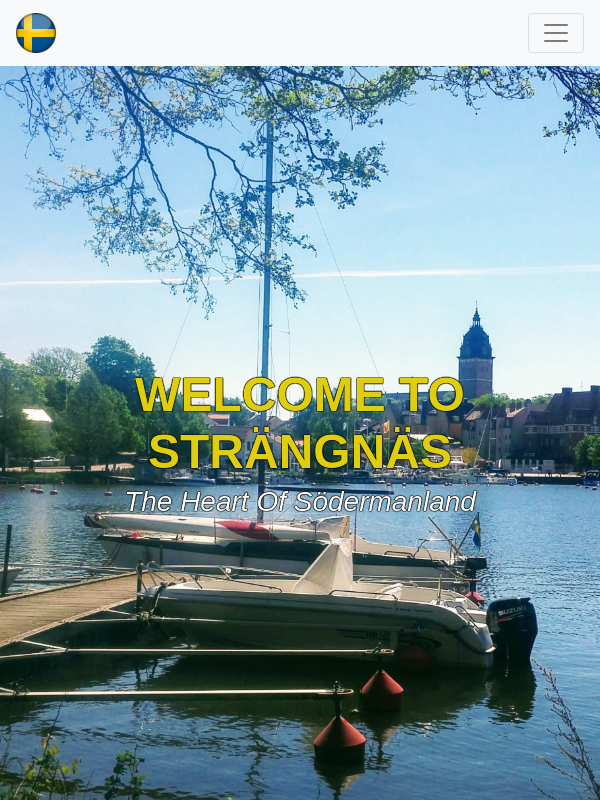
Repository: kososwede/first-project
Page: index.html
The author's editor kept a record of every edit. The page is drawn from the files as they stood at one moment, then again after the next edit.
The browser window is 600 px wide. The pictures show the whole page.
An inner scrolling area shows only its first screen. Some web fonts or font styles are not loaded; a fallback is used. Some web libraries are served in a nearby version.

Above is the page before.

### index.html
<!DOCTYPE html>
<html lang="en">
<head>
  <meta charset="UTF-8">
  <meta name="viewport" content="width=device-width, initial-scale=1.0">
  <meta http-equiv="X-UA-Compatible" content="ie=edge">
  <link rel="stylesheet" href="https://stackpath.bootstrapcdn.com/bootstrap/4.3.1/css/bootstrap.min.css" integrity="sha384-ggOyR0iXCbMQv3Xipma34MD+dH/1fQ784/j6cY/iJTQUOhcWr7x9JvoRxT2MZw1T" crossorigin="anonymous">
  <link rel="stylesheet" href="https://stackpath.bootstrapcdn.com/font-awesome/4.7.0/css/font-awesome.min.css" type="text/css" />
  <link rel="stylesheet" href="https://cdnjs.cloudflare.com/ajax/libs/ionicons/2.0.1/css/ionicons.min.css">
  <link rel="stylesheet" href="https://cdnjs.cloudflare.com/ajax/libs/hover.css/2.3.1/css/hover-min.css" integrity="sha256-c+C87jupO1otD1I5uyxV68WmSLCqtIoNlcHLXtzLCT0=" crossorigin="anonymous" />
  <link rel="stylesheet" href="assets/css/style.css" type="text/css" />

  <title>Welcome To Strängnäs</title>

</head>

<body>



  <!--nav--->

  <nav class="navbar navbar-expand-lg navbar-light bg-light">
  <a class="navbar-brand" href="index.html"><img class="image-size" src="assets/images/sweden-flag-png-1.png"></img></a>
  <button class="navbar-toggler" type="button" data-toggle="collapse" data-target="#navbarNavAltMarkup" aria-controls="navbarNavAltMarkup" aria-expanded="false" aria-label="Toggle navigation">
    <span class="navbar-toggler-icon"></span>
  </button>
  <div class="collapse navbar-collapse" id="navbarNavAltMarkup">
    <div class="navbar-nav">
      <a class="nav-item nav-link text-primary" href="index.html">HOME<span class="sr-only">(current)</span></a>
      <a class="nav-item nav-link text-primary" href="history.html">HISTORY</a>
      <a class="nav-item nav-link text-primary" href="places.html">THINGS TO DO</a>
      <a class="nav-item nav-link text-primary" href="images+videos.html">IMAGES & VIDEOS</a>
      <a class="nav-item nav-link text-primary" href="map.html">MAP</a>
    </div>
  </div>
</nav>

<!--main-->

<header class="masthead d-flex">
    <div class="container text-center my-auto">
      <h1 class="heading mb-1">WELCOME TO STRÄNGNÄS</h1>
      <h3 class="sub-heading mb-5">
        <em>The Heart Of Södermanland</em>
      </h3>
</div>
</header>

<!--footer-->

<div class="footer-basic">
    <footer>
      <div class="social"><a href="#"><i class="icon ion-social-instagram"></i></a><a href="#"><i class="icon ion-social-snapchat"></i></a><a href="#"><i class="icon ion-social-twitter"></i></a><a href="#"><i class="icon ion-social-facebook"></i></a></div>
      <h2>For more information about Strängnäs and the surrounding area search for "Södermanland" in the social media links above or enter your Email below to receive up to date offers and discounts on activities and restaurants in the whole of Södermanland.</h3>
        <form class="form-inline justify-content-center">
          <div class="form-group">
            <input type="email" class="form-control" id="email" aria-describedby="emailHelp" placeholder="Enter email">
            <button type="submit" class="btn btn-primary">Submit</button>
          </div>
        </form>

    </footer>
    <p class="copyright">Chris McIlgrew © 2019</p>

  </div>






    <script src="https://cdnjs.cloudflare.com/ajax/libs/jquery/3.2.1/jquery.min.js"></script>
    <script src="https://cdnjs.cloudflare.com/ajax/libs/twitter-bootstrap/4.1.3/js/bootstrap.bundle.min.js"></script>
</body>






</body>
</html>

### assets/css/style.css
@import url('https://fonts.googleapis.com/css?family=Sniglet&display=swap');
@import url('https://fonts.googleapis.com/css?family=Courgette&display=swap');
@import url('https://fonts.googleapis.com/css?family=DM+Serif+Display&display=swap');
body,
html {
    width: 100%;
    height: 100%;
    overflow-x: hidden;
    background-color:#f8f9fa;

}

body {
    font-family: 'Source Sans Pro';
   }


 /*-------------------------------------navbar--------------------*/
 navbar {
     margin-right: 10px;
 }


.image-size {
    height: 40px;
}

/*------------------------------------landing page------------*/

.masthead {
    min-height: 30rem;
    position: relative;
    display: table;
    width: 100%;
    height: 100%;
    padding-top: 0rem;
    padding-bottom: 0rem;
    background: -webkit-gradient(linear, left top, right top, from(rgba(255, 255, 255, 0.1)), to(rgba(255, 255, 255, 0.1))), url("../images/viewofstrangnas1.jpg");
    background: linear-gradient(90deg, rgba(255, 255, 255, 0.1) 0%, rgba(255, 255, 255, 0.1) 100%), url("../images/viewofstrangnas1.jpg");
    background-image: url(../images/viewofstrangnas1.jpg);
    background-position: center center;
    background-repeat: no-repeat;
    background-size: cover;

}

h1 {
    font-weight: bolder;
    color: #dece0e;
    text-shadow: #000 0px 0px 1px, #000 0px 0px 1px, #000 0px 0px 1px,
    #000 0px 0px 1px, #000 0px 0px 1px, #000 0px 0px 1px;
    font-size: 3rem;

}

h3 {
    color: #fff;
    text-shadow: #000 0px 0px 1px, #000 0px 0px 1px, #000 0px 0px 1px,
    #000 0px 0px 1px, #000 0px 0px 1px, #000 0px 0px 1px;
}

#container {
    padding: 10px;
    margin-left: 0px;
    margin-right: 0px;
    display: inline-block;
    text-align: center;
    width: 100%;

}
p {
    font-weight: bold;
    padding-top: 20px;
    padding-left: 25px;
    padding-right: 25px;
}

hr {
    width: 50%;
}

/*-------------------------------------history*/

.history {
    color: #f8f9fa;
    background-color: #56b3fc;
    text-align: center;
    margin-top: 50px;
}

.history-sub-head1 {
   font-family: 'DM Serif Display', serif;
    padding-left: 10px;
    padding-top: 20px;
    font-size: 35px;
    color: #56b3fc ;
     text-shadow: -1px 0 black, 0 1px black, 1px 0 black, 0 -1px black;
}








/*-------------------------------------places-------------------------*/

.to-do {
    color: #f8f9fa;
    background-color: #56b3fc;
    text-align: center;
    margin-top: 50px;

}

.to-do-sub-head1 {
    font-family: 'DM Serif Display', serif;
    padding-left: 10px;
    padding-top: 20px;
    font-size: 35px;
    color: #56b3fc ;
     text-shadow: -1px 0 black, 0 1px black, 1px 0 black, 0 -1px black;
}



.img-fluid {
    width: 100%;
    height: auto;
}



.col-md-6 {
    padding-top: 20px;
    padding-right: 15px;
    text-align: center;


}




/*-------------------------------------images videos-------------------------*/


/* Style the button and place it in the middle of the container/image */


img .btn {
  position: absolute;
  top: 50%;
  left: 50%;
  transform: translate(-50%, -50%);
  -ms-transform: translate(-50%, -50%);
  background-color: #D5D0CD;
  color: #f8f9fa;
  font-size: 16px;
  padding: 12px 24px;
  border: none;
  cursor: pointer;
  border-radius: 5px;
}

/* Container needed to position the button. Adjust the width as needed */
.container {
  position: relative;
  width: 100%;
   text-align: center;
}
div .container {
   padding-right: 0px;
    padding-left: 0px;
    margin: 0px;
    text-decoration: none;
     background-color: #f8f9fa;
}

/* Make the image responsive */
.container img {
  width: 100%;
  height: auto;
  background-color: #f8f9fa;

}

/* Style the button and place it in the middle of the container/image */
.container .btn {
  position: absolute;
  top: 50%;
  left: 50%;
  transform: translate(-50%, -50%);
  -ms-transform: translate(-50%, -50%);
  background-color: #F9F3F0;
  color: white;
  font-size: 16px;
  padding: 12px 24px;
  border: none;
  cursor: pointer;
  border-radius: 5px;
  transition: ease-in-out;
  transition-duration: 0.5s;
  font-weight: 500;
}

.container .btn:hover {
  background-color: #D5D0CD;


}
.imagesvideos {
    color: #f8f9fa;
    background-color: #56b3fc;
    text-align: center;
    margin-top: 50px;
    }

.col-sm-12 .col-md-6 {
    margin: 5px;
    padding: 20px 15px 0;

}

.col-sm-6 {

    padding-top: 20px;
    padding-right: 15px;
    text-align: center;
}


.embed-responsive-item {
    padding: 20px 15px 0;
}



/*----------------------------------------map-------------------------------*/

.map-container-4{
overflow:hidden;
padding-bottom:56.25%;
position:relative;
height:0;
}
.map-container-4 iframe{
left:0;
top:0;
height:100%;
width:100%;
position:absolute;
}

/*-----------------------------------------footer--*/

.footer-basic {
    padding: 0px 0;
    background-color: #f8f9fa;
    color: #4b4c4d;
}

.footer-basic ul {
    padding-left: 50px;
    padding-right: 50px;
    list-style: none;
    text-align: center;
    font-size: 18px;
    line-height: 1.6;
    margin-bottom: 0;
}

.footer-basic li {
    padding: 0 10px;
}

.footer-basic ul a {
    color: inherit;
    text-decoration: none;
    opacity: 0.8;
}

.footer-basic ul a:hover {
    opacity: 1;
}

.footer-basic .social {
    text-align: center;
    padding-bottom: 25px;
    padding-top: 25px;
}

.footer-basic .social>a {
    font-size: 24px;
    width: 40px;
    height: 40px;
    line-height: 40px;
    display: inline-block;
    text-align: center;
    border-radius: 50%;
    border: 1px solid #ccc;
    margin: 0 8px;
    color: inherit;
    opacity: 0.75;

}

.footer-basic .social>a:hover {
    opacity: 0.9;
}

.footer-basic .copyright {
    margin-top: 15px;
    text-align: center;
    font-size: 13px;
    color: #aaa;
    margin-bottom: 0;
    padding-bottom: 15px;
}

.footer-basic h2 {
    font-size: 25px;
    font-style: italic;
    margin-left: 50px;
    margin-right: 50px;
    text-align: center;
}

btn {
    margin-top: 0;
}

body {
  font-family: Arial, sans-serif;
  height: 100vh;
}


.box {
  width: 40%;
  margin: 0 auto;
  background: rgba(255,255,255,0.2);
  padding: 35px;
  border: 2px solid #fff;
  border-radius: 20px/50px;
  background-clip: padding-box;
  text-align: center;
}

 .button {
  font-size: 1em;
  padding: 10px;
  color: #fff;
  border: 2px solid #06D85F;
  border-radius: 20px/50px;
  text-decoration: none;
  cursor: pointer;
  transition: all 0.3s ease-out;
}
.button:hover {
  background: #06D85F;
}

.overlay {
  position: fixed;
  top: 0;
  bottom: 0;
  left: 0;
  right: 0;
  background: #D5D0CD;
  transition: opacity 500ms;
  visibility: hidden;
  opacity: 0;
}
.overlay:target {
  visibility: visible;
  opacity: 1;
}

.popup {
  margin: 70px auto;
  padding: 20px;
  background: #000;
  border-radius: 5px;
  width: 30%;
  position: relative;
  transition: all 5s ease-in-out;
}

.popup h2 {
  margin-top: 0;
  color: #333;
  font-family: Tahoma, Arial, sans-serif;
}
.popup .close {
  position: absolute;
  top: 20px;
  right: 30px;
  transition: all 200ms;
  font-size: 30px;
  font-weight: bold;
  text-decoration: none;
  color: #333;
}
.popup .close:hover {
  color: #06D85F;
}
.popup .content {
  max-height: 30%;
  overflow: auto;
}

@media screen and (max-width: 700px){
  .box{
    width: 70%;
  }
  .popup{
    width: 70%;
  }
}

After the next edit:
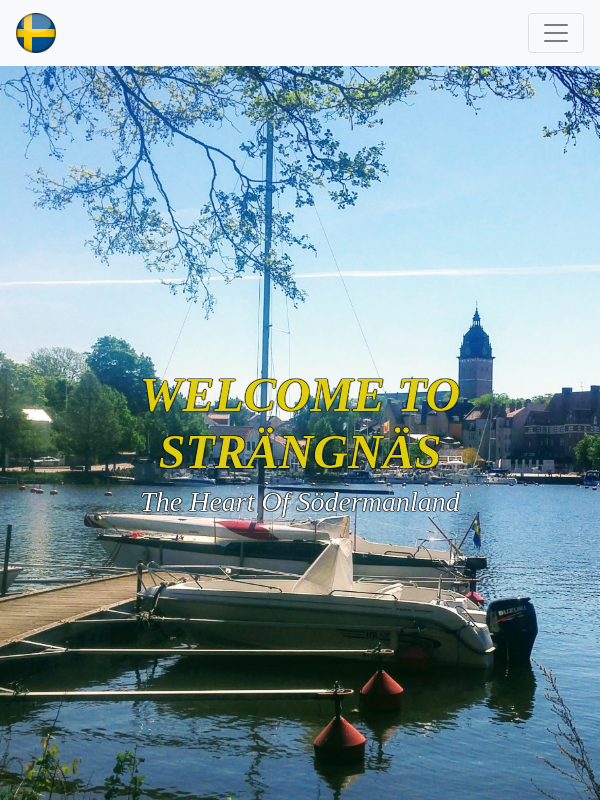
The edit:
--- a/assets/css/style.css
+++ b/assets/css/style.css
@@ -331,91 +331,7 @@
     margin-top: 0;
 }
 
-body {
-  font-family: Arial, sans-serif;
-  height: 100vh;
-}
-
-
-.box {
-  width: 40%;
-  margin: 0 auto;
-  background: rgba(255,255,255,0.2);
-  padding: 35px;
-  border: 2px solid #fff;
-  border-radius: 20px/50px;
-  background-clip: padding-box;
-  text-align: center;
-}
-
- .button {
-  font-size: 1em;
-  padding: 10px;
-  color: #fff;
-  border: 2px solid #06D85F;
-  border-radius: 20px/50px;
-  text-decoration: none;
-  cursor: pointer;
-  transition: all 0.3s ease-out;
-}
-.button:hover {
-  background: #06D85F;
-}
-
-.overlay {
-  position: fixed;
-  top: 0;
-  bottom: 0;
-  left: 0;
-  right: 0;
-  background: #D5D0CD;
-  transition: opacity 500ms;
-  visibility: hidden;
-  opacity: 0;
-}
-.overlay:target {
-  visibility: visible;
-  opacity: 1;
-}
-
-.popup {
-  margin: 70px auto;
-  padding: 20px;
-  background: #000;
-  border-radius: 5px;
-  width: 30%;
-  position: relative;
-  transition: all 5s ease-in-out;
-}
-
-.popup h2 {
-  margin-top: 0;
-  color: #333;
-  font-family: Tahoma, Arial, sans-serif;
-}
-.popup .close {
-  position: absolute;
-  top: 20px;
-  right: 30px;
-  transition: all 200ms;
-  font-size: 30px;
-  font-weight: bold;
-  text-decoration: none;
-  color: #333;
-}
-.popup .close:hover {
-  color: #06D85F;
-}
-.popup .content {
-  max-height: 30%;
-  overflow: auto;
-}
-
-@media screen and (max-width: 700px){
-  .box{
-    width: 70%;
-  }
-  .popup{
-    width: 70%;
-  }
-}
+.text-center {
+    font-style: italic;
+    color:#56b3fc;
+}
